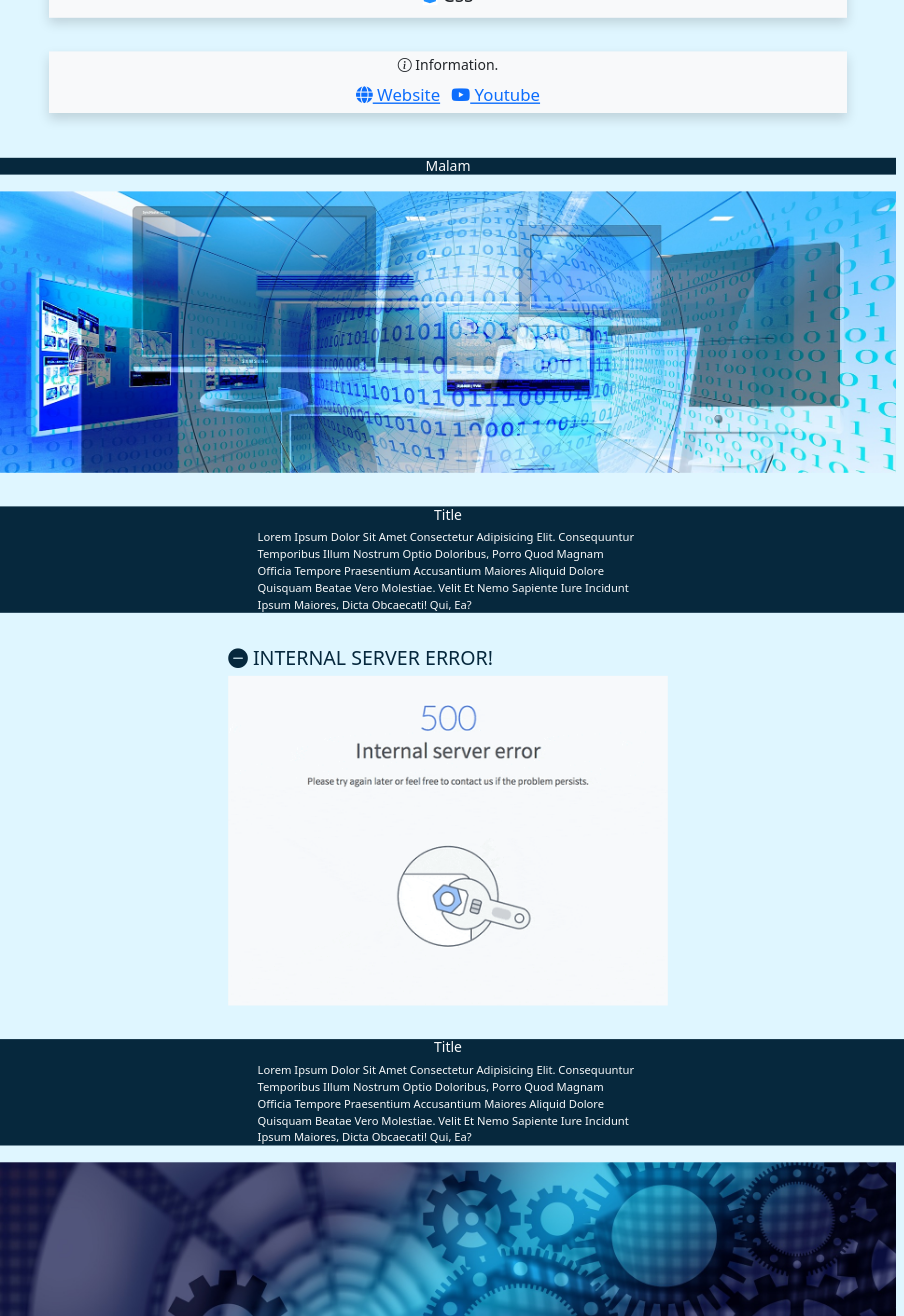
Repository: initer3737/initer3737.github.io
Page: index.html
The author's editor kept a copy of each file at every save. The page is drawn from the files as they stood at one save, then again after a run of saves.
The browser window is 1280 px wide. The page is 1292 px wide, so the pictures cover 1292 px, including what lies to the right of the window. The pictures show the part of the page from y = 1188 to 3068 px (the page is 4047 px tall before and 4071 px after), at 70% of full size.
Some web libraries are served in a nearby version.

Above is the page before, as saved 2022-06-12 17:09:28.
Console error: TypeError: Cannot set properties of null (setting 'innerHTML')

After the next 2 saves:
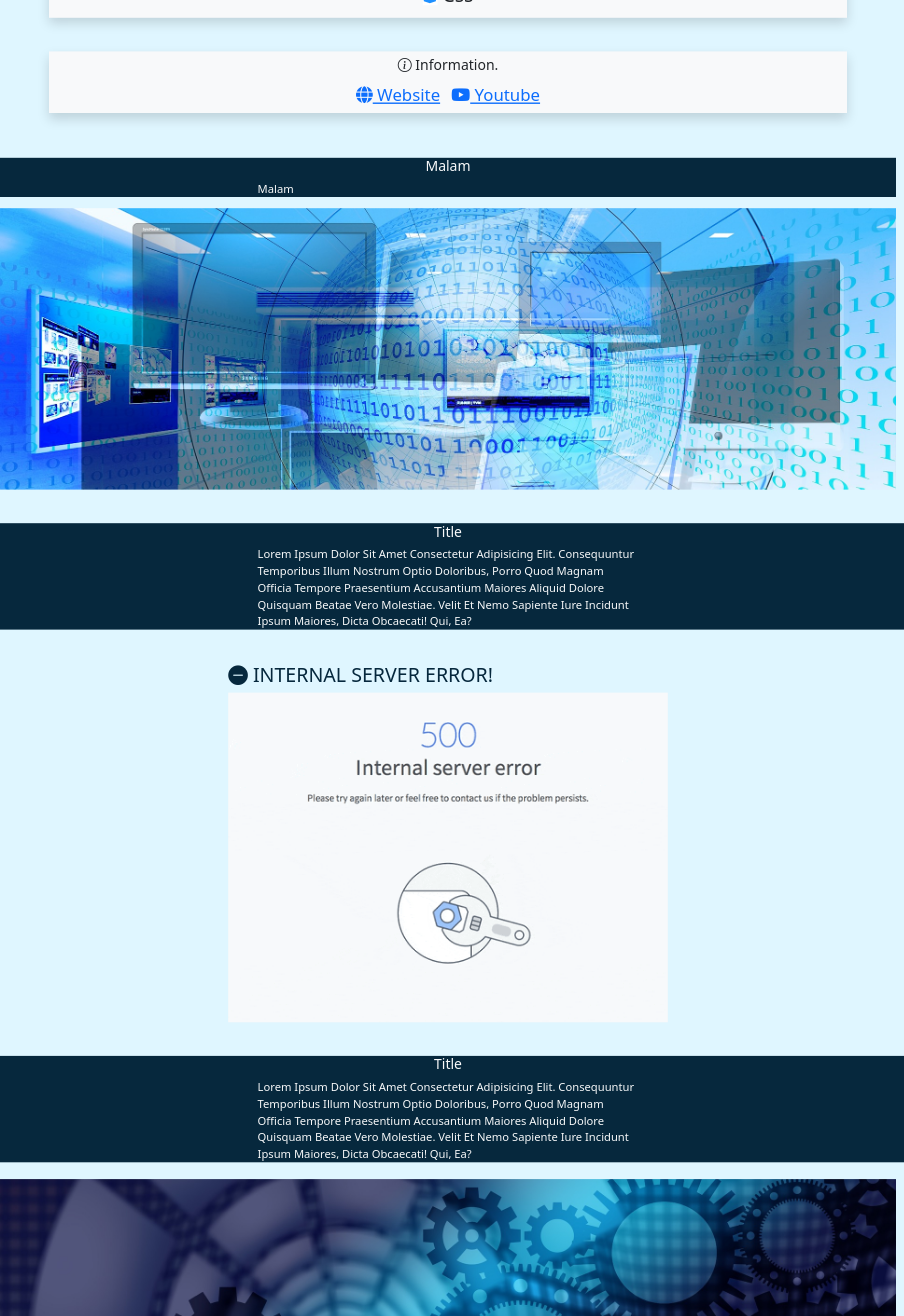
The 2 saves are shown as one change because they came seconds apart.
The last was saved 9 s later.
--- a/index.html
+++ b/index.html
@@ -86,7 +86,7 @@
             <div class="col-12 mt-5 m-auto bg-4 text-light">
                 <div class="text-center "><h5>malam</h5></div>
                 <div class="text-start  px-5 w-50 m-auto">
-
+                   malam
                 </div>
               </div>
             <img src="img/banner-909710_1920.jpg" class="img-fluid w-100 mt-3" alt="">
